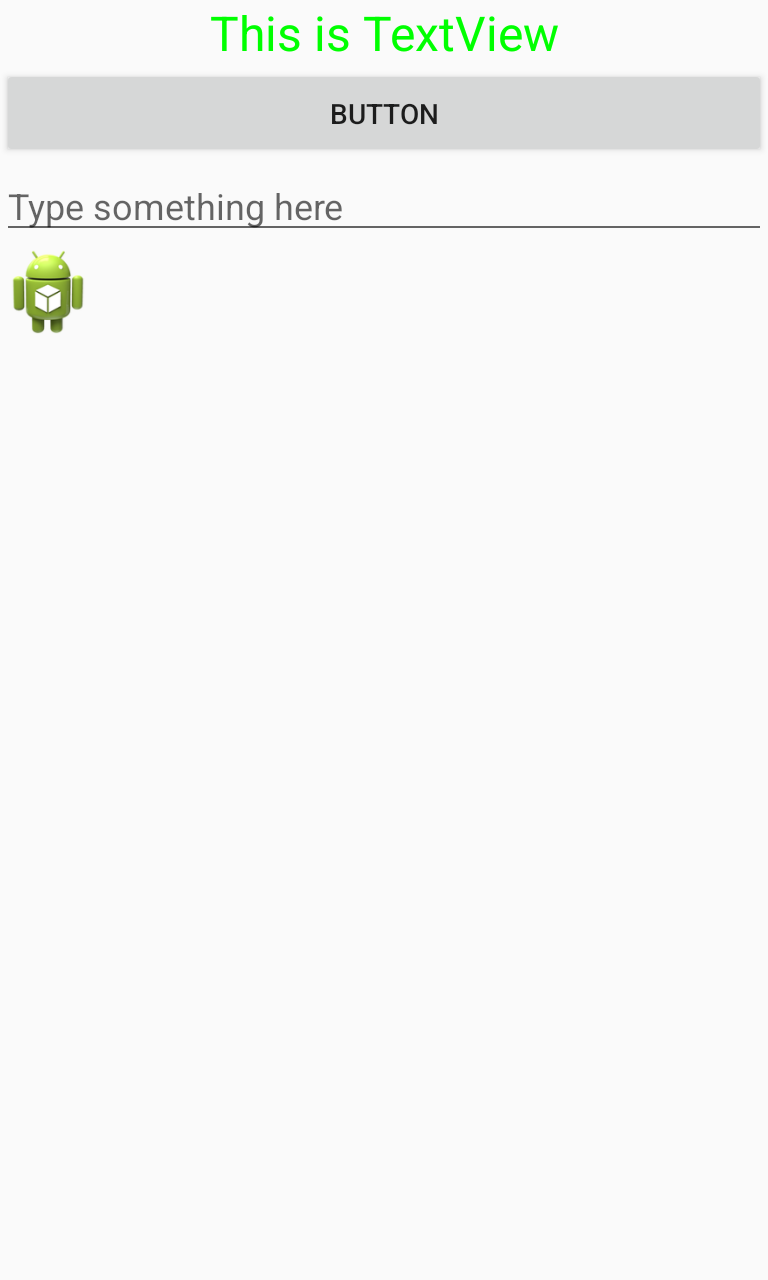
Repository: hohoTT/Android_summarize
Layout: UIWidgeTest/res/layout/activity_main.xml
The author's editor kept a copy of each file at every save. The layout is drawn from the files as they stood at one save, then again after the next save.
It is drawn on a 768 x 1280 px phone screen (xhdpi) without system bars, with theme AppTheme; the app's code is not run.

Above is the layout before, as saved 2016-02-23 08:58:24.

After the next save:
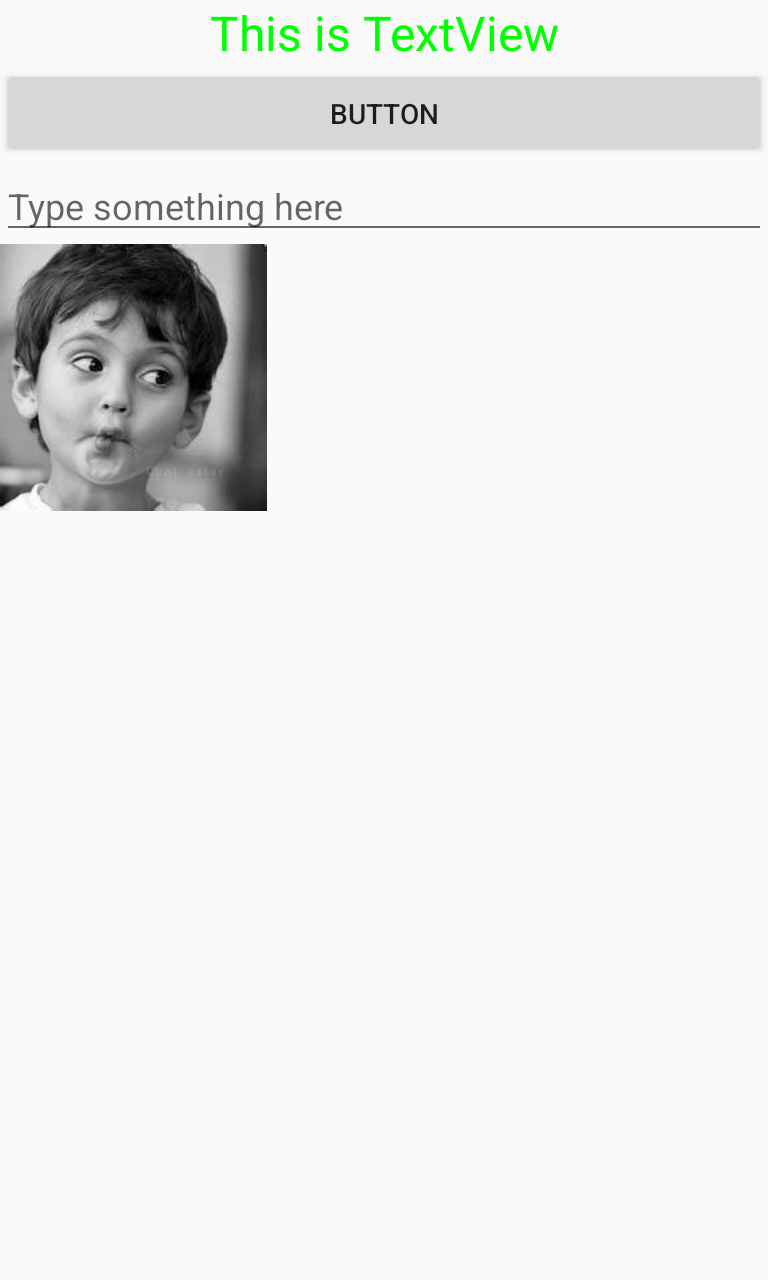
Saved 32 s later.
--- a/UIWidgeTest/res/layout/activity_main.xml
+++ b/UIWidgeTest/res/layout/activity_main.xml
@@ -29,6 +29,6 @@
         android:id="@+id/image_view"
         android:layout_width="wrap_content"
         android:layout_height="wrap_content"
-        android:src="@drawable/ic_launcher" />
+        android:src="@drawable/img" />
 
 </LinearLayout>
